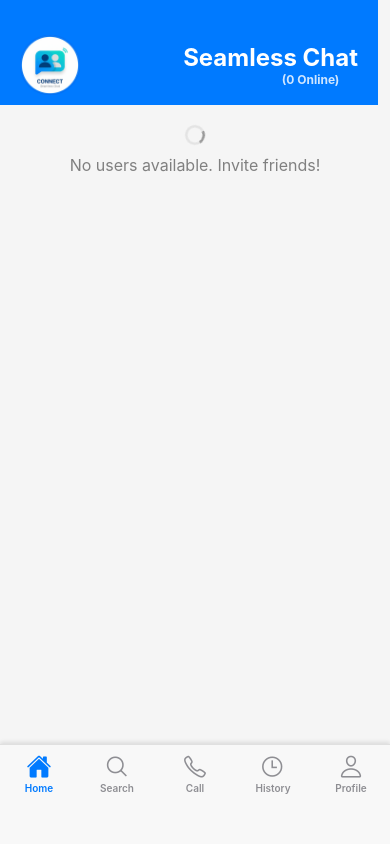
Repository: UdayRaj04/Chatapp_native
Screen: /MainTabs (app in ChatAppFrontend/)
The author's editor kept a copy of each file at every save. The screen is drawn from the files as they stood at one save, then again after the next save.
The app was drawn by React Native's web renderer in a window 390 px wide. The project was rebuilt for these pictures with package versions that can differ from the ones it lists, and the page was loaded fresh each time. Some packages were replaced by stand-ins written for this rebuild. Also part of the build but not shown: ChatAppFrontend/screens/RegisterScreen.tsx, ChatAppFrontend/screens/ChatScreen.tsx, ChatAppFrontend/screens/SearchScreen.tsx, ChatAppFrontend/screens/AnalyticsScreen.tsx, ChatAppFrontend/screens/HistoryScreen.tsx, ChatAppFrontend/screens/ProfileScreen.tsx.

Above is the screen before, as saved 2025-09-09 18:03:44.

After the next save:
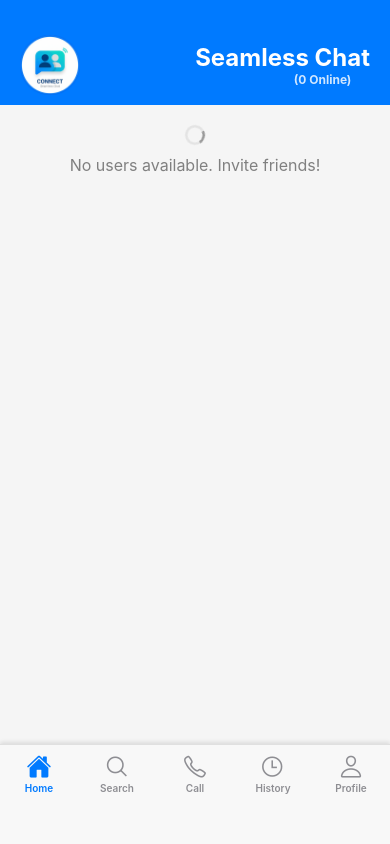
Saved 21 s later.
--- a/ChatAppFrontend/screens/ChatListScreen.tsx
+++ b/ChatAppFrontend/screens/ChatListScreen.tsx
@@ -179,7 +179,6 @@ export default function ChatListScreen({ navigation }: { navigation: any }) {
        paddingLeft: 20,paddingRight:20, paddingBottom:10, paddingTop:35,
   flexDirection: 'row',       // 👈 Arrange items in a row
   alignItems: 'center',       // 👈 Vertically center icon & text
-  marginRight: 12,
   backgroundColor: '#007AFF',
   justifyContent:"space-between",
 }}>
